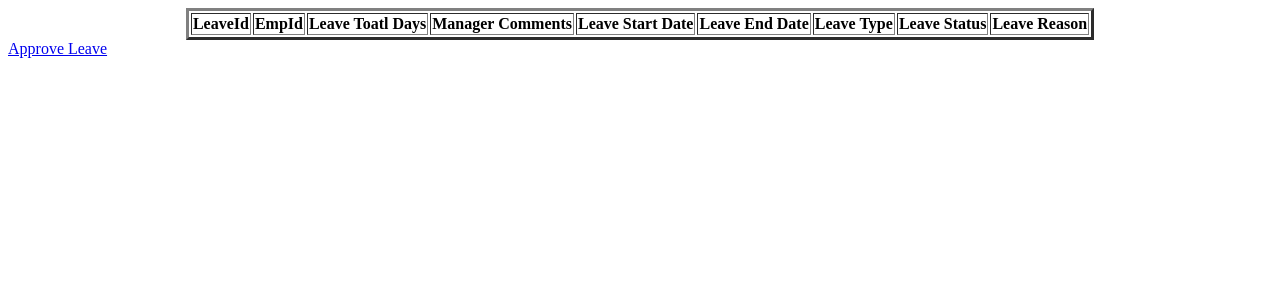
Repository: PersonalGithub26/Infinite-Training
Page: http://localhost/LMSProjectJstl/Pending.jsp
An editor plug-in stored every save of this project. The page is shown before and after the next save, followed by the edit.
The browser window is 1280 px wide. The pictures show the whole page.
The page is served by Tomcat 9. Queries for data that is not in the repository find no rows.

Above is the page before, as saved 2023-01-22 17:16:28.

After the next save:
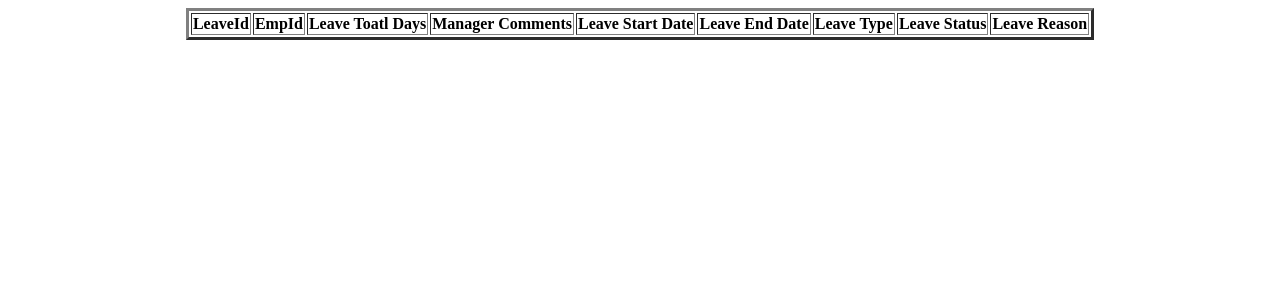
Saved 70 s later.
--- a/Day15-05-01/LMSProjectJstl/src/main/webapp/Pending.jsp
+++ b/Day15-05-01/LMSProjectJstl/src/main/webapp/Pending.jsp
@@ -8,7 +8,6 @@
 <title>Insert title here</title>
 </head>
 <body>
-
 	<form action="AllApprove.jsp">
 		<jsp:useBean id="lDao"
 			class="com.java.LMSProjectJstl.LevHistoryDaoImp"></jsp:useBean>
@@ -28,8 +27,6 @@
 				<th>Leave Type</th>
 				<th>Leave Status</th>
 				<th>Leave Reason</th>
-
-
 			</tr>
 			<c:forEach var="lev" items="${levList}">
 				<tr>
@@ -42,21 +39,11 @@
 					<td>${lev.leaveTyp}</td>
 					<td>${lev.status}</td>
 					<td>${lev.levReason}</td>
-					<td><a href=AcceptReject.jsp?leaveId=${leave.leaveId}>Accept/Reject</a></td>
 					<td><input type="checkbox" id="multiApprove" name="approve"
-						value="${lev.leaveId}" /></td>
-
+						value="${lev.empId}" /></td>
 				</tr>
-
 			</c:forEach>
-
-
-
 		</table>
-		<a
-			href="LeaveApproval.jsp?manId=${employ.managerId}&empId=${employ.empId}">Approve
-			Leave</a>
-
 	</form>
 </body>
 </html>
